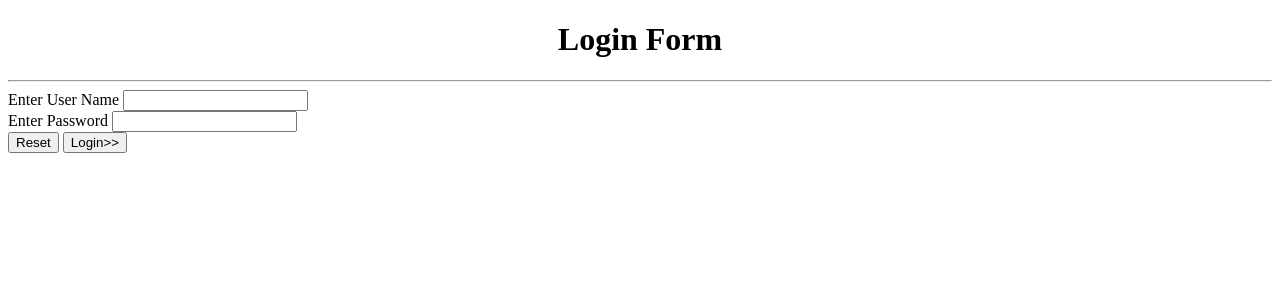
Repository: adithnaveen/SdetBatch3
Page: SDET4/WebWorks/WebContent/login2.html
An editor plug-in stored every save of this project. The page is shown before and after the next save, followed by the edit.
The browser window is 1280 px wide. The pictures show the whole page.

Above is the page before, as saved 2017-04-03 23:42:21.

After the next save:
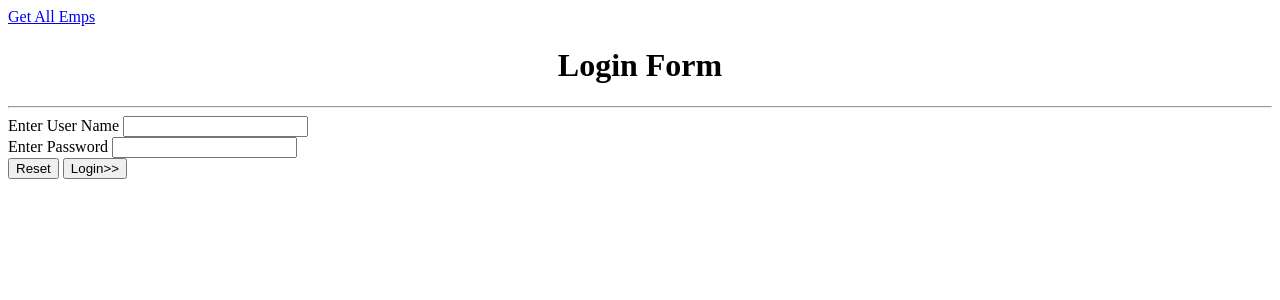
Saved 11 min 7 s later.
--- a/SDET4/WebWorks/WebContent/login2.html
+++ b/SDET4/WebWorks/WebContent/login2.html
@@ -5,6 +5,8 @@
 <title>Insert title here</title>
 </head>
 <body>
+
+<a href="getemps">Get All Emps</a>
 	<h1 align="center">Login Form </h1> <hr />
 	<form action="LoginValidate.jsp" method="post">
 		Enter User Name <input type="text" name="uname" /><br />
